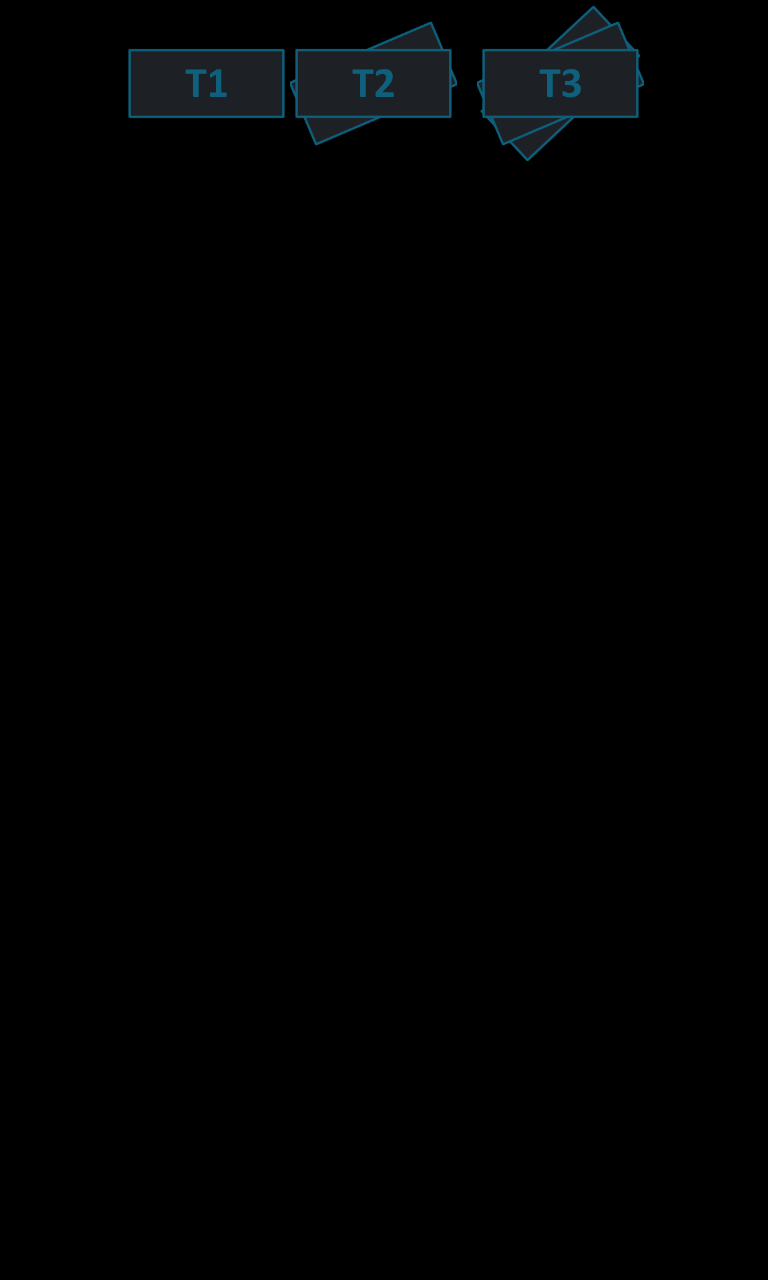
Repository: Nelspike/BusTicketer
Layout: PassengerMode/res/layout/fragment_show_tickets.xml
An editor plug-in stored every save of this project. The layout is shown before and after the next save, followed by the edit.
It is drawn on a 768 x 1280 px phone screen (xhdpi) without system bars, with theme AppTheme; the app's code is not run.

Above is the layout before, as saved 2013-10-19 20:01:10.

After the next save:
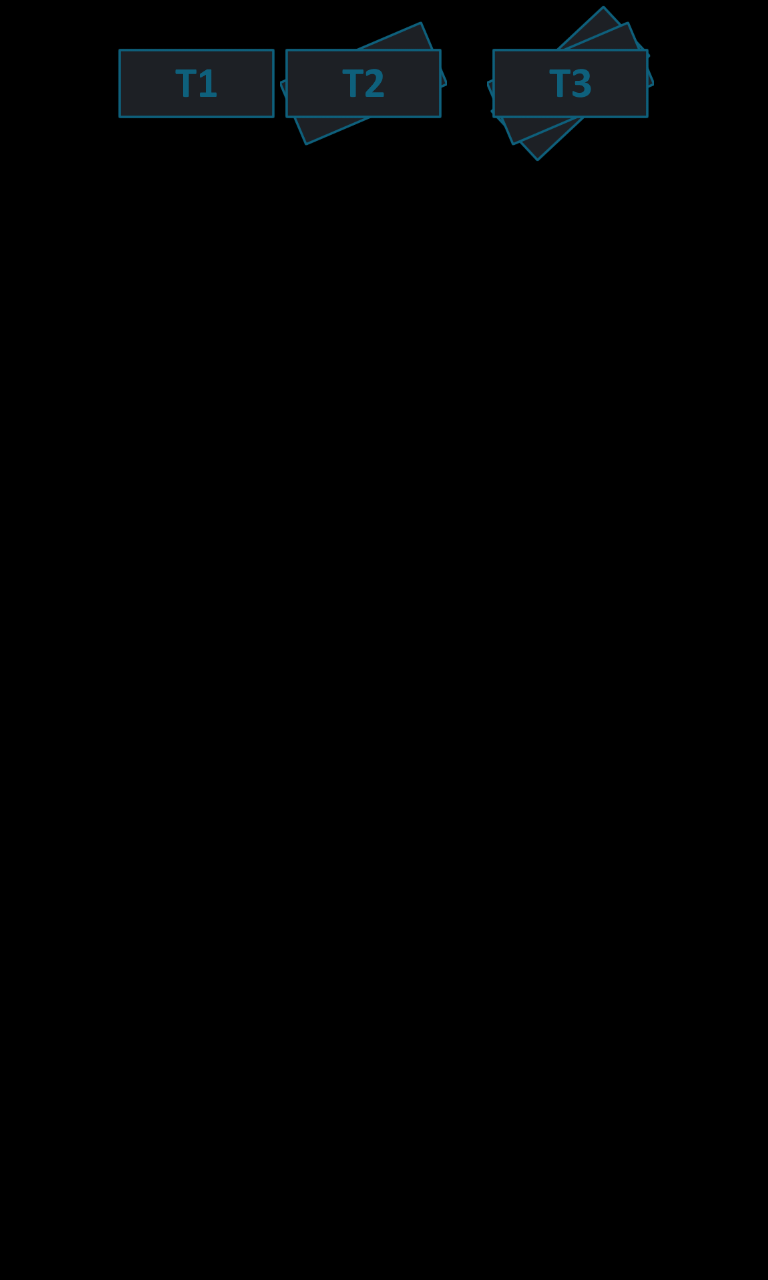
Saved 9 s later.
--- a/PassengerMode/res/layout/fragment_show_tickets.xml
+++ b/PassengerMode/res/layout/fragment_show_tickets.xml
@@ -15,7 +15,8 @@
 
 	    <RadioButton
 	        android:button="@drawable/t2"
-	        android:paddingLeft="10dp"/>
+	        android:paddingLeft="10dp"
+	        android:paddingRight="10dp"/>
 
 	    <RadioButton
 	        android:button="@drawable/t3"/>

After the 5 saves that followed:
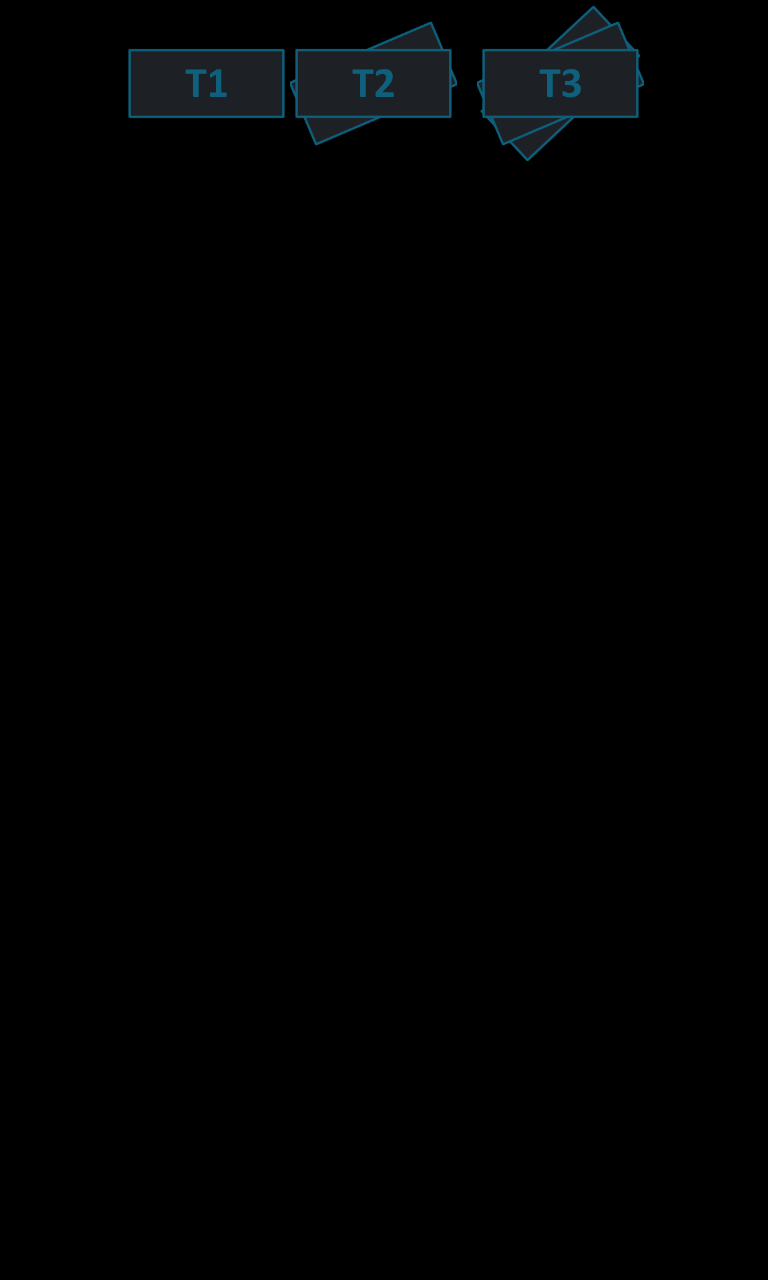
The 5 saves are shown as one change because 3 left the picture as it was and some came seconds apart.
The last was saved 44 s later.
--- a/PassengerMode/res/layout/fragment_show_tickets.xml
+++ b/PassengerMode/res/layout/fragment_show_tickets.xml
@@ -15,7 +15,6 @@
 
 	    <RadioButton
 	        android:button="@drawable/t2"
-	        android:paddingLeft="10dp"
 	        android:paddingRight="10dp"/>
 
 	    <RadioButton
